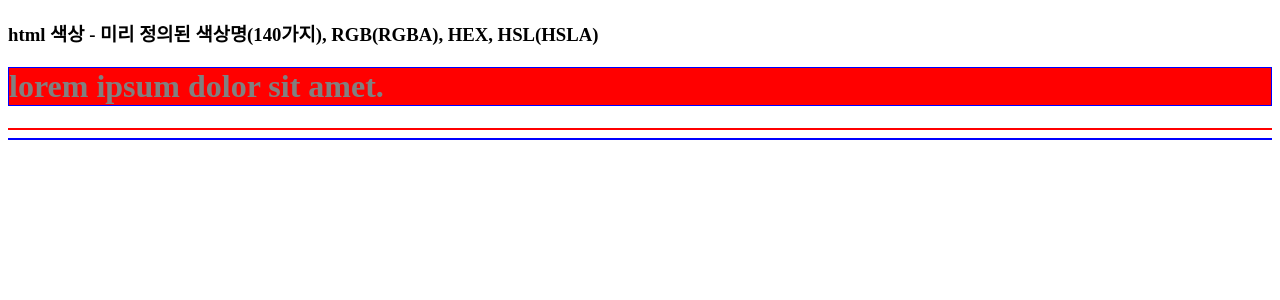
Repository: donggri1/WORKSPACE
Page: WebClass/webPro/src/main/webapp/html/days02/ex04.html
An editor plug-in stored every save of this project. The page is shown before and after the next save, followed by the edit.
The browser window is 1280 px wide. The pictures show the whole page.

Above is the page before, as saved 2024-03-25 02:21:15.

### WebClass/webPro/src/main/webapp/html/days02/ex04.html
<!DOCTYPE html>
<html>
<head>
<meta charset="UTF-8">
<title>Insert title here</title>
</head>
<body>
	<h3>html 색상 - 미리 정의된 색상명(140가지), RGB(RGBA), HEX, HSL(HSLA)</h3>

	<!-- color:색상	텍스트색상 -->
	<!-- background-color: 배경색 RGB(빨,녹,파) -->
	<!-- border			 : 테두리	#0000FF, #FF0000 #000000 == #000 -->
	<h1 style="color: gray;background-color: RGB(255,0,0);border:solid 1px #0000FF">lorem ipsum dolor sit amet.</h1>

	<hr color="red">
	<hr color="#0000FF">



</body>
</html>

After the next save:
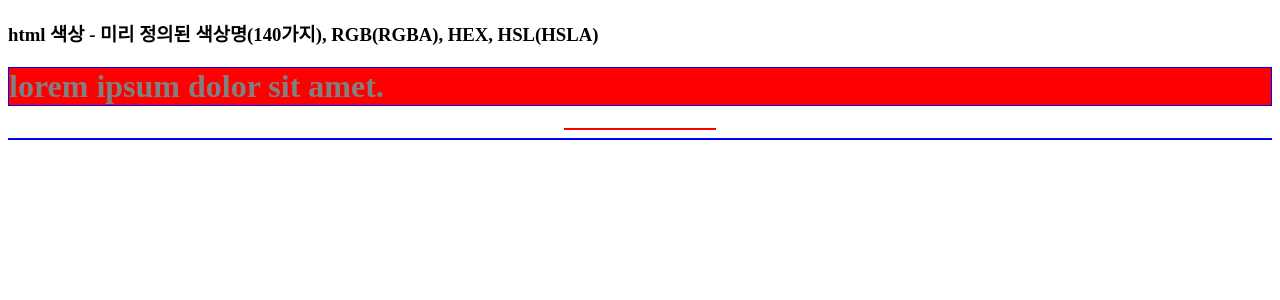
Saved 28 s later.
--- a/WebClass/webPro/src/main/webapp/html/days02/ex04.html
+++ b/WebClass/webPro/src/main/webapp/html/days02/ex04.html
@@ -12,7 +12,7 @@
 	<!-- border			 : 테두리	#0000FF, #FF0000 #000000 == #000 -->
 	<h1 style="color: gray;background-color: RGB(255,0,0);border:solid 1px #0000FF">lorem ipsum dolor sit amet.</h1>
 
-	<hr color="red">
+	<hr color="red" width="150px">
 	<hr color="#0000FF">
 
 
